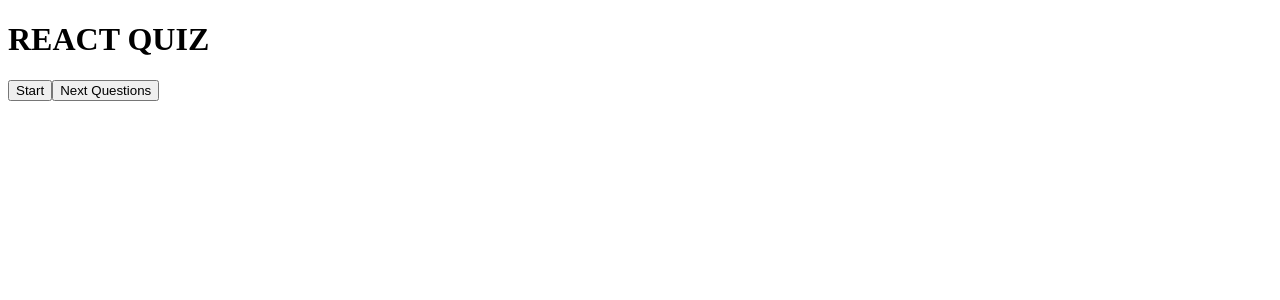
Repository: ducanhaep/ts-react-quiz
Page: /
The author's editor kept a copy of each file at every save. The page is drawn from the files as they stood at one save, then again after the next save.
The browser window is 1280 px wide. The pictures show the whole page.
The project was rebuilt for these pictures with package versions that can differ from the ones it lists, and the page was loaded fresh each time. Also part of the build but not shown: src/components/QuestionCard.tsx.

Above is the page before, as saved 2021-10-15 16:54:15.

After the next save:
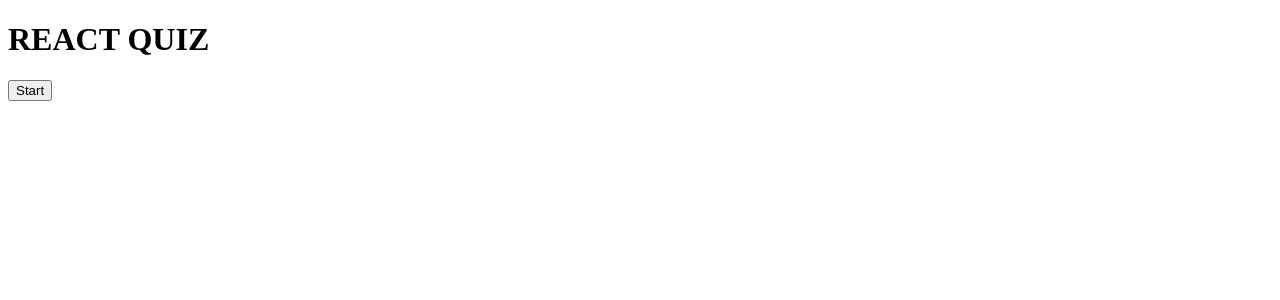
Saved 2 min 26 s later.
--- a/src/App.tsx
+++ b/src/App.tsx
@@ -61,9 +61,14 @@ function App() {
           callback={checkAnswer}
         />
       )}
-      <button className="next" onClick={nextQuestion}>
-        Next Questions
-      </button>
+      {!gameOver &&
+      !loading &&
+      userAnswers.length === number + 1 &&
+      userAnswers.length !== TOTAL_QUESTIONS - 1 ? (
+        <button className="next" onClick={nextQuestion}>
+          Next Questions
+        </button>
+      ) : null}
     </div>
   );
 }
